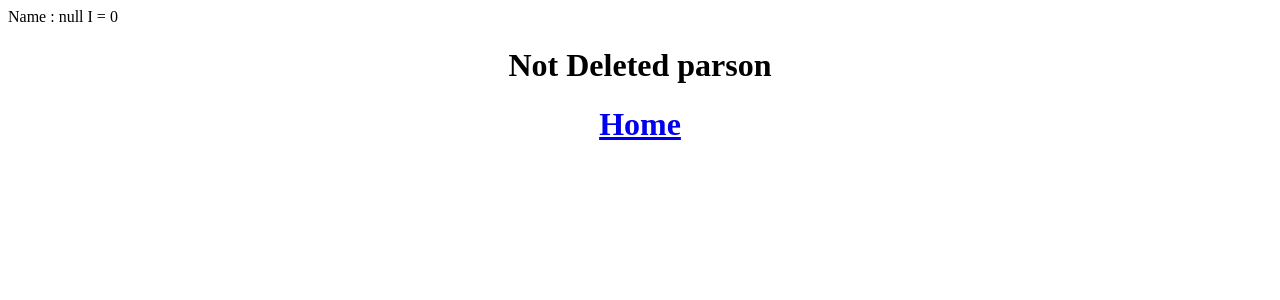
Repository: gajanansp07/Advance_Java_Practice
Page: http://localhost/JDBCCURD/delRec.jsp
These files come from the project's save history. The page is drawn as it stood at one moment and after the next save; the edit follows.
The browser window is 1280 px wide. The pictures show the whole page.
The page is served by Tomcat 9. Queries for data that is not in the repository find no rows.

Above is the page before, as saved 2022-03-17 17:31:23.

### JDBCCURD/src/main/webapp/delRec.jsp
<%@ page language="java" contentType="text/html; charset=ISO-8859-1"
    pageEncoding="ISO-8859-1"%>
    <%@ page import="java.sql.* "%>
<!DOCTYPE html>
<html>
<head>
<meta charset="ISO-8859-1">
<title>Insert title here</title>
</head>
<body>
	<%
	String name = request.getParameter("name");
	out.println("Name : "+name);
	try{
	Class.forName("oracle.jdbc.driver.OracleDriver");
	//out.println("Loaded....");
	Connection con=DriverManager.getConnection("jdbc:oracle:thin:@localhost:1521:xe","admin","admin");
	//out.println("Connected....");
	PreparedStatement stmt = con.prepareStatement("delete from registration where Name=?");

	stmt.setString(1,name);

	int i = stmt.executeUpdate();
	out.println("I = "+i);
	if(i>0)
		out.println("<h1 align='center'> Deleted Sucessful....</h1>");
	else
		out.println("<h1 align='center'>Not Deleted parson</h1>");

	}catch(Exception e){
		out.println(e);
	}finally{
		out.println("<a href='Home.jsp' target='_parent'><h1 align='center'>Home</h1></a>");
	}

	%>
</body>
</html>

After the next save:
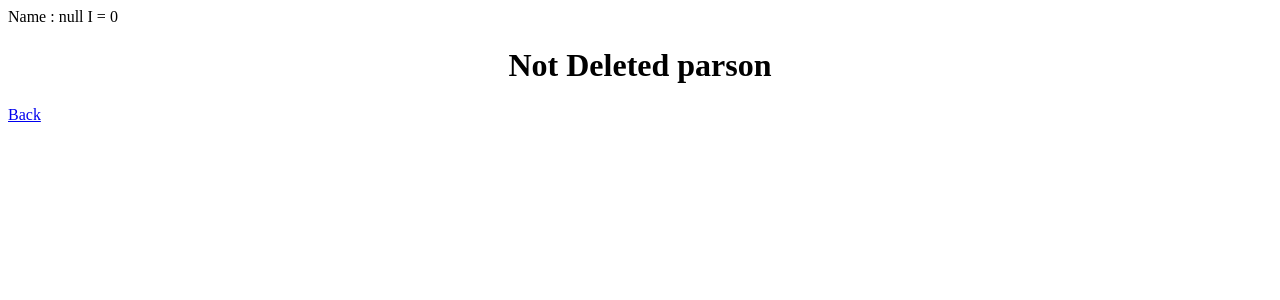
Saved 66 s later.
--- a/JDBCCURD/src/main/webapp/delRec.jsp
+++ b/JDBCCURD/src/main/webapp/delRec.jsp
@@ -30,7 +30,7 @@
 	}catch(Exception e){
 		out.println(e);
 	}finally{
-		out.println("<a href='Home.jsp' target='_parent'><h1 align='center'>Home</h1></a>");
+		out.println("<a href='UserHome.jsp'>Back</a>");
 	}
 
 	%>
